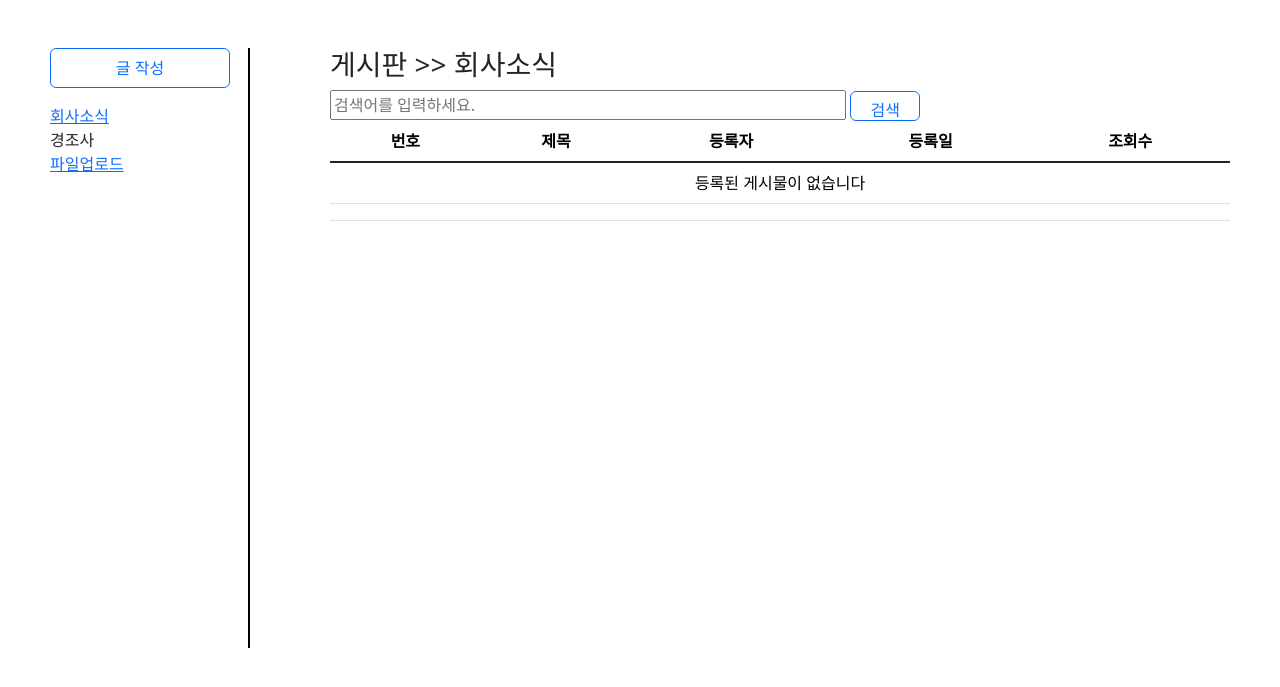
Repository: KimDongGyuu/final
Page: http://localhost/aceworks/WEB-INF/views/company_news/company_news_List.jsp
These files come from the project's save history. The page is drawn as it stood at one moment and after the next save; the edit follows.
The browser window is 1280 px wide. The pictures show the whole page.
The page is served by Tomcat 9. Nobody is signed in. Other server files are loaded and not shown. The template is opened directly, without the code that normally fills it, so the values that code supplies are empty.

Above is the page before, as saved 2024-03-17 03:55:04.

### aceworks/src/main/webapp/WEB-INF/views/company_news/company_news_List.jsp
<%@ page language="java" contentType="text/html; charset=UTF-8"
	pageEncoding="UTF-8"%>
<%@ include file="/WEB-INF/views/include/style.jsp"%>
<%@ taglib uri="http://java.sun.com/jsp/jstl/core" prefix="c"%>
<!DOCTYPE html>
<html>
<head>
<meta charset="UTF-8">
<title>Insert title here</title>
<style>
#left {
	width: 200px;
	height: 600px;
	float: left;
	border-right: 2px solid black;
	margin-left: 50px;
}

#right {
	width: 900px;
	height: 600px;
	margin-left: 330px;
}

#bt {
	width: 180px;
	height: 40px;
}

#Sbt {
	width: 70px;
	height: 30px;
}

h3 {
	text-align: center;
}
</style>
</head>
<body>


	<div>
		<div id="left">
			<button id="bt" type="button" class="btn btn-outline-primary"
				onclick="location.href='company_news_Writeform.do';">글 작성</button>
<div class="mt-3"><a href="company_news_List.do">회사소식</a> <br> 경조사 <br><a href="fileUploadForm.do">파일업로드</a></div>
		</div>
		<div id="right">
		<div class="mt-5 mb-2"><span class="h3">게시판 &gt;&gt; 회사소식</span></div>
<div>
    <form action="company_newsSearch.do">
        <input type="text" id="searchKeyword" name="keyword" placeholder="검색어를 입력하세요." size="50" style="height: 30px;">
        <button id="Sbt" type="submit" class="btn btn-outline-primary">검색</button>
    </form>
</div>
			<table width="1000" cellspacing="0" class="table table-hover">
				<thead>
					<tr align="center">
						<th scope="col">번호</th>
						<th scope="col">제목</th>
						<th scope="col">등록자</th>
						<th scope="col">등록일</th>
						<th scope="col">조회수</th>
					</tr>
				</thead>

				<tbody class="table-group-divider">
					<c:if test="${empty lists }">
						<tr>
							<td colspan="5" align="center">등록된 게시물이 없습니다</td>
						</tr>
					</c:if>

					<c:forEach var="dto" items="${lists }">
						<tr class="text-center">
							<th scope="row">${dto.news_idx }</th>
							<c:url var="company_newsContentUrl"
								value="company_news_Content.do">
								<c:param name="news_idx">${dto.news_idx }</c:param>
							</c:url>
							<td><a href="${company_newsContentUrl }">${dto.news_title }</a></td>
							<td>${dto.news_writer }</td>
							<td>${dto.news_writedate }</td>
							<td>${dto.news_readnum }</td>
						</tr>
					</c:forEach>
				</tbody>

				<tfoot>
					<tr>
						<td colspan="5" align="center">${pageStr }</td>
					</tr>
				</tfoot>
			</table>
		</div>
	</div>
</body>
</html>

### aceworks/src/main/webapp/WEB-INF/views/include/style.jsp
<%@ page language="java" contentType="text/html; charset=UTF-8"
    pageEncoding="UTF-8"%>
<!DOCTYPE html>
<html>
<head>
<meta charset="UTF-8">
<title>Insert title here</title>
<link
   href="https://cdn.jsdelivr.net/npm/bootstrap@5.3.3/dist/css/bootstrap.min.css"
   rel="stylesheet"
   integrity="sha384-QWTKZyjpPEjISv5WaRU9OFeRpok6YctnYmDr5pNlyT2bRjXh0JMhjY6hW+ALEwIH"
   crossorigin="anonymous">
<script
   src="https://cdn.jsdelivr.net/npm/bootstrap@5.3.3/dist/js/bootstrap.bundle.min.js"
   integrity="sha384-YvpcrYf0tY3lHB60NNkmXc5s9fDVZLESaAA55NDzOxhy9GkcIdslK1eN7N6jIeHz"
   crossorigin="anonymous"></script>
<script
   src="https://cdn.jsdelivr.net/npm/@popperjs/core@2.11.8/dist/umd/popper.min.js"
   integrity="sha384-I7E8VVD/ismYTF4hNIPjVp/Zjvgyol6VFvRkX/vR+Vc4jQkC+hVqc2pM8ODewa9r"
   crossorigin="anonymous"></script>
<script
   src="https://cdn.jsdelivr.net/npm/bootstrap@5.3.3/dist/js/bootstrap.min.js"
   integrity="sha384-0pUGZvbkm6XF6gxjEnlmuGrJXVbNuzT9qBBavbLwCsOGabYfZo0T0to5eqruptLy"
   crossorigin="anonymous"></script>
</head>
<body>

</body>
</html>

After the next save:
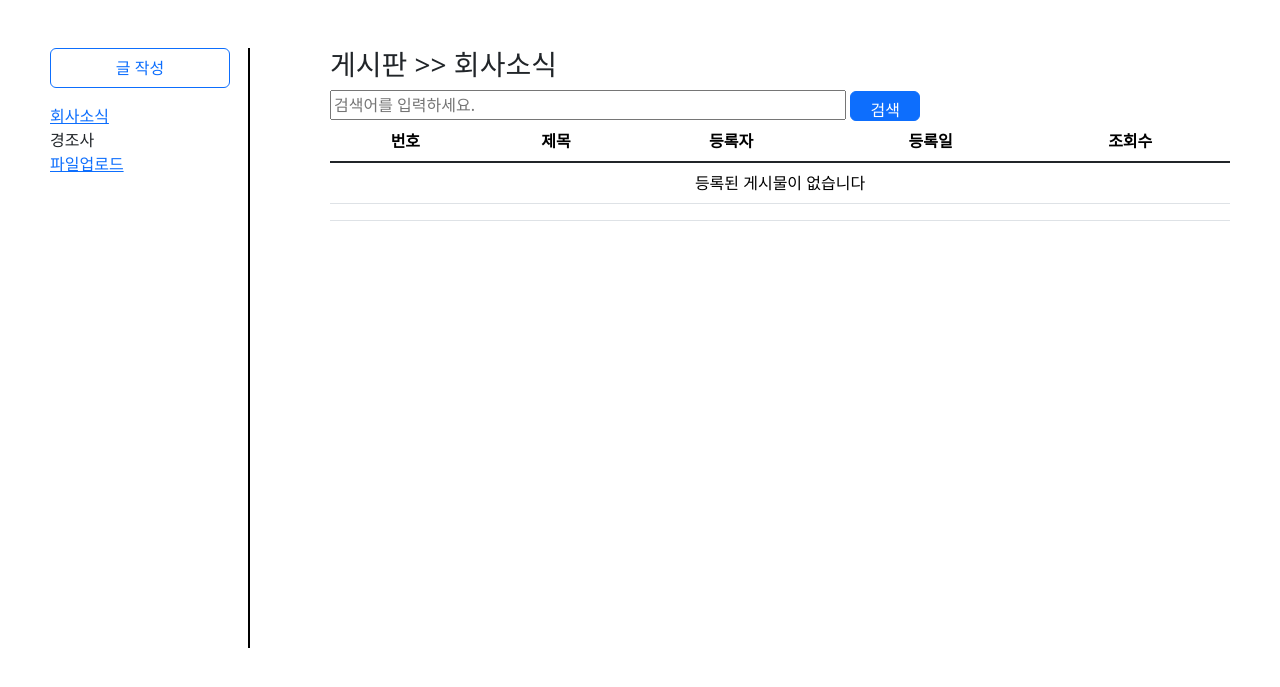
Saved 65 s later.
--- a/aceworks/src/main/webapp/WEB-INF/views/company_news/company_news_List.jsp
+++ b/aceworks/src/main/webapp/WEB-INF/views/company_news/company_news_List.jsp
@@ -51,7 +51,7 @@ h3 {
 <div>
     <form action="company_newsSearch.do">
         <input type="text" id="searchKeyword" name="keyword" placeholder="검색어를 입력하세요." size="50" style="height: 30px;">
-        <button id="Sbt" type="submit" class="btn btn-outline-primary">검색</button>
+        <button id="Sbt" type="submit" class="btn btn btn-primary">검색</button>
     </form>
 </div>
 			<table width="1000" cellspacing="0" class="table table-hover">
